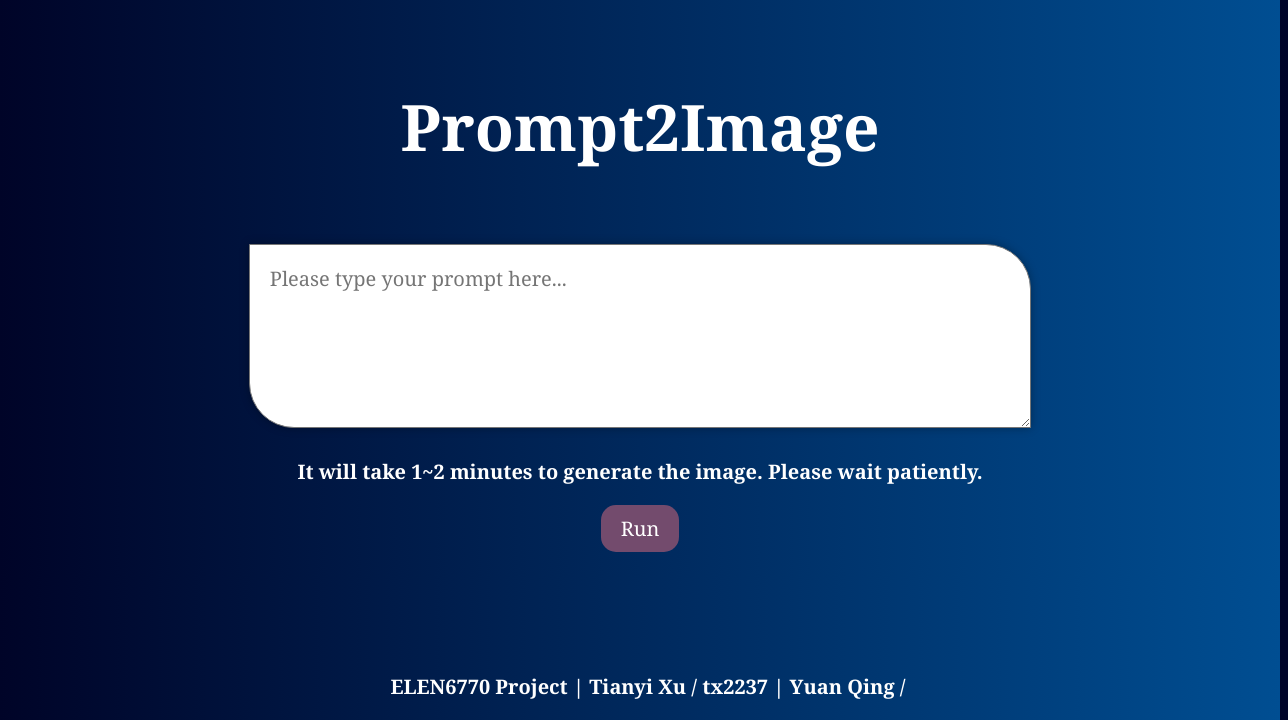
Repository: XTTTZ/Prompt2Image
Page: main3.html
An editor plug-in stored every save of this project. The page is shown before and after the next save, followed by the edit.
The browser window is 1280 px wide. The page is 1288 px wide, so the pictures cover 1288 px, including what lies to the right of the window. The pictures show the whole page.
The page's requests for data from a server got no answer.

Above is the page before, as saved 2023-11-30 21:49:28.

### main3.html
<!DOCTYPE html>
<html lang="en">

<head>
    <meta charset="UTF-8">
    <meta name="viewport" content="width=device-width, initial-scale=1.0">
    <title>Prompt2Image</title>
    <style>
        .center-label {
            text-align: center;
        }

        body {
            font-family: Georgia, serif;
            background: linear-gradient(to right, #000428, #004e92);
            /* 使图片覆盖整个背景 */
            color: #fff
        }

        header {
            background-color: rgba(0, 0, 0, 0);
            color: #fff;
            text-align: center;
            padding: 1em;
            font-family: Georgia, serif;
            font-size: 32px;
        }

        h1 {
            margin-bottom: 0.5em;
        }

        form {
            display: flex;
            /* 设置为Flex容器 */
            flex-direction: column;
            /* 子元素垂直堆叠 */
            align-items: center;
            /* 垂直居中 */
            justify-content: center;
            /* 水平居中，如果需要 */
            height: 100%;
            /* 根据需要设置高度 */
            font-size: 20px;
        }

        label {
            font-weight: bold;
            text-align: center;
            font-size: 20px;
        }

        textarea {
            padding-left: 1em;
            padding-top: 1em;
            margin: 0.5em 0;
            width: 60%;
            height: 8em;
            text-align: left;
            vertical-align: top;
            font-size: 20px;
            border-radius: 0px 45px;
            box-shadow: 0 0 10px rgba(0, 0, 0, 0.3);
            font-family: Georgia, serif;

        }

        button {
            padding: 0.5em 1em;
            background-color: #734b6d;
            color: #fff;
            border: none;
            cursor: pointer;
            border-radius: 15px;
            font-size: 20px;
            font-family: Georgia, serif;
        }

        button:hover {
            background-color: #555;
        }

        img {
            border-radius: 15px;
        }

        #generatedImages {
            border-radius: 15px;
            text-align: center;
            margin: 1em;
            padding: 1em;
            background-color: #ffffff00;
        }
    </style>
</head>

<body>
    <header>
        <h1>Prompt2Image</h1>
    </header>

    <form id="searchForm">
        <textarea placeholder="Please type your prompt here..." type="text" id="searchInput"
            name="searchInput"></textarea>
        <label>
            <p>It will take 1~2 minutes to generate the image. Please wait patiently.</p>
        </label>
    </form>
    <form id="generateForm" style="gap: 15px;">
        <button type="button" onclick="performSearch()">Run</button>
        <label id="timeValue"></label>
    </form>

    <div id="searchResult"></div>

    <!-- Display generated images -->
    <div style="display:none" id="generatedImages"></div>
    <form id="downloadForm" style="gap: 10px;">
        <button id="downloadButton" onclick="downloadImages()" style="display:none">Download Images</button>
    </form>

    <label style="position:absolute; bottom:0; text-align: center;width:100%">
        <p>ELEN6770 Project | Tianyi Xu / tx2237 | Yuan Qing / </p>
    </label>

    <script>
        var server_addr = '34.67.111.69';
        var ip_addr;
        var second = 0;
        var clock;
        fetch('http://' + server_addr + '/ip', {
            method: 'GET',
            headers: {
                'Content-Type': 'application/x-www-form-urlencoded',
            },
        })
            .then(response => { return response.json() })
            .then(data => {
                ip_addr = data.ip_addr;
                console.log('ip_addr');
            }
            );
        function startTimer() {
            clearInterval(clock);
            clock = setInterval(timer, 1000);
            second = 0;
            timeValue.style.display = 'block';
            document.getElementById('timeValue').innerText = 'Run Time: ' + second + 's';
        }

        function timer() {
            second++;
            document.getElementById('timeValue').innerText = 'Run Time: ' + second + 's';
        }

        function stopTimer() {
            clearInterval(clock);
            clock = null;
            console.log('timerstop');
            document.getElementById('timeValue').innerText = 'Run Time: ' + second + 's';
        }

        function performSearch() {
            var searchInput = document.getElementById('searchInput').value;
            if (searchInput == '') {
                document.getElementById('timeValue').innerText = 'Please type your prompt!';
            }
            else {
                document.getElementById('generatedImages').style.display = 'none';
                document.getElementById('downloadButton').style.display = 'none';
                fetch('http://' + server_addr + ':5000/search', {
                    method: 'POST',
                    headers: {
                        'Content-Type': 'application/x-www-form-urlencoded',
                    },
                    body: 'text=' + encodeURIComponent(searchInput)
                })
                    .then(response => {
                        return response.json();
                    })
                    .then(data => { checkStatusPic() });
                startTimer();
            }
        }

        function checkStatusPic() {
            stopTimer();
            var generatedImagesContainer = document.getElementById('generatedImages');
            var downloadButton = document.getElementById('downloadButton');

            // Clear previous content
            generatedImagesContainer.innerHTML = '';

            // Append image elements dynamically
            var img = document.createElement('img');
            img.src = 'http://' + server_addr + '/image/' + ip_addr + '/0?time=' + new Date().getTime();
            generatedImagesContainer.appendChild(img);
            // Display the container and download button
            generatedImagesContainer.style.display = 'block';
            downloadButton.style.display = 'block';
        }

        function downloadImages() {
            // Create a link element for each image and trigger download
            var url = 'http://' + server_addr + '/image/' + ip_addr + '/0?time=' + new Date().getTime();
            var downloadLink = document.createElement('a');
            downloadLink.href = url;
            // 指定下载的文件名，您可以根据需要更改它
            downloadLink.download = 'image.png';
            // 将 <a> 元素添加到文档中并点击它
            document.body.appendChild(downloadLink);
            downloadLink.click();
            // 清理并移除 <a> 元素
            document.body.removeChild(downloadLink);
        }
    </script>
</body>

</html>

After the next save:
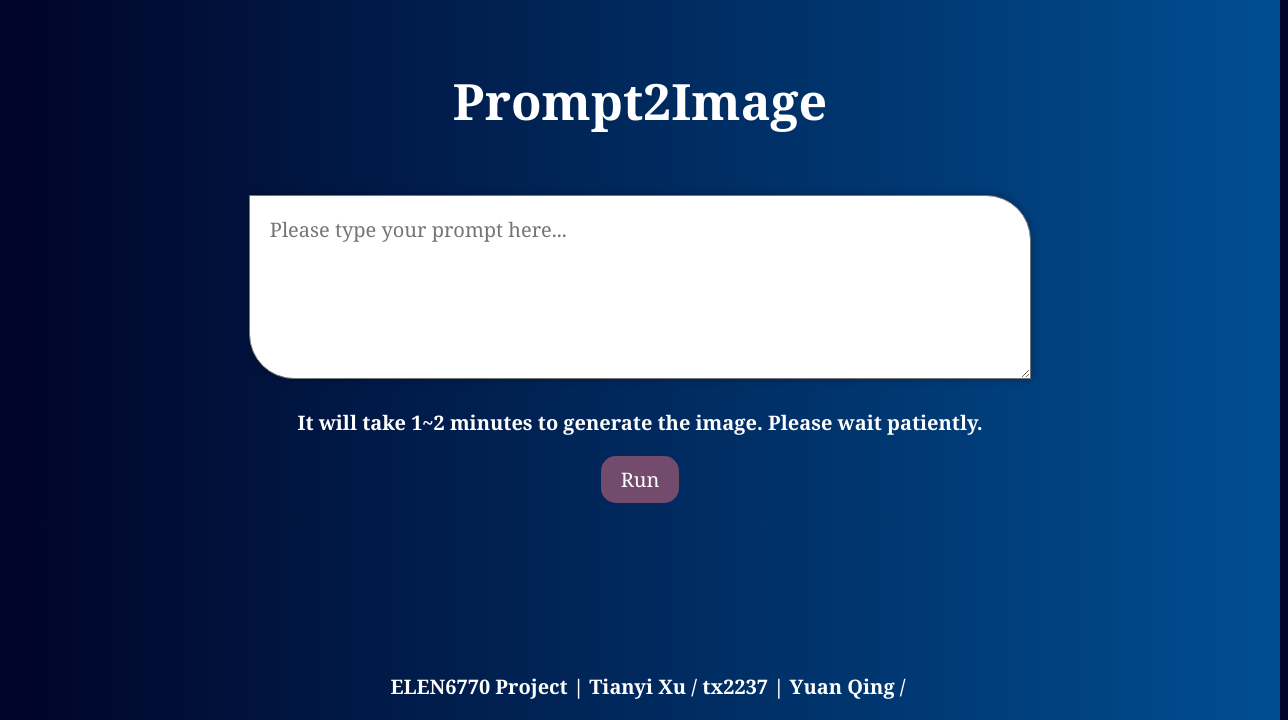
Saved 4 min 41 s later.
--- a/main3.html
+++ b/main3.html
@@ -23,7 +23,7 @@
             text-align: center;
             padding: 1em;
             font-family: Georgia, serif;
-            font-size: 32px;
+            font-size: 25px;
         }
 
         h1 {
